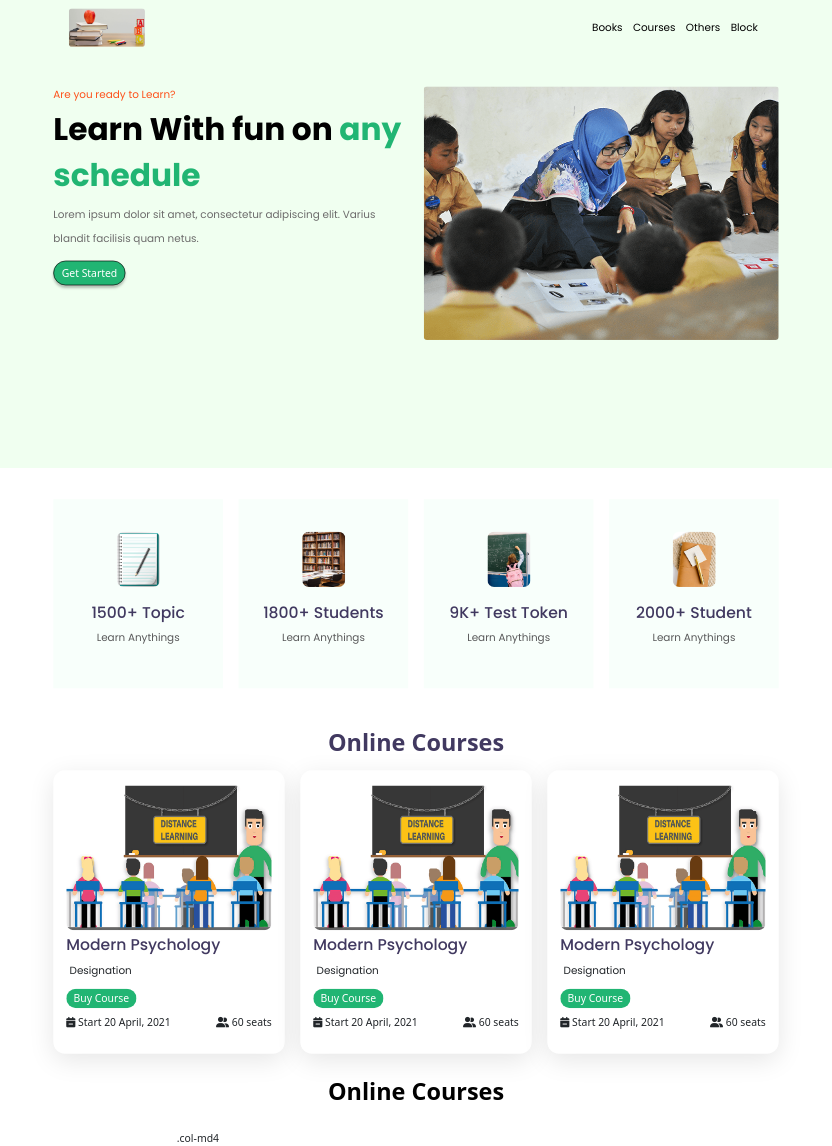
Repository: zjria/Figma-to-E-school
Page: index.html
The author's editor kept a copy of each file at every save. The page is drawn from the files as they stood at one save, then again after the next save.
The browser window is 1280 px wide. The pictures show the whole page, at 65% of full size.
Some web libraries are served in a nearby version.

Above is the page before, as saved 2022-05-07 08:34:42.

After the next save:
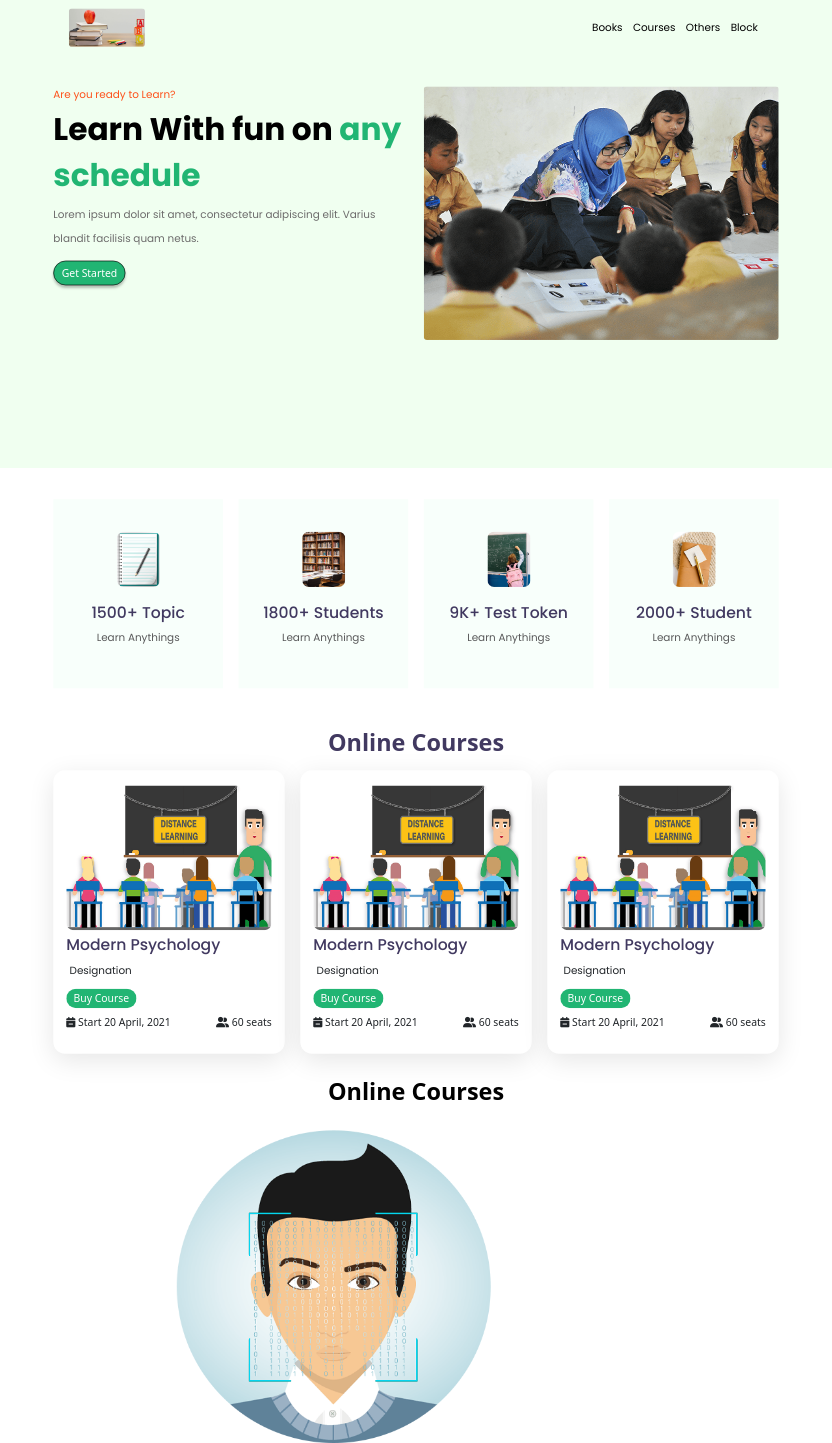
Saved 30 s later.
--- a/index.html
+++ b/index.html
@@ -158,7 +158,10 @@
          <div class="row">
           <div class="col-md-2"></div>
           <div class="col-md-8">
-            .col-md4
+            <div class="col-md-4">
+              <img src="images/man.png" alt="">
+            </div>
+            <div class="col-md-8"></div>
           </div>
           <div class="col-md-2"></div>
          </div>
